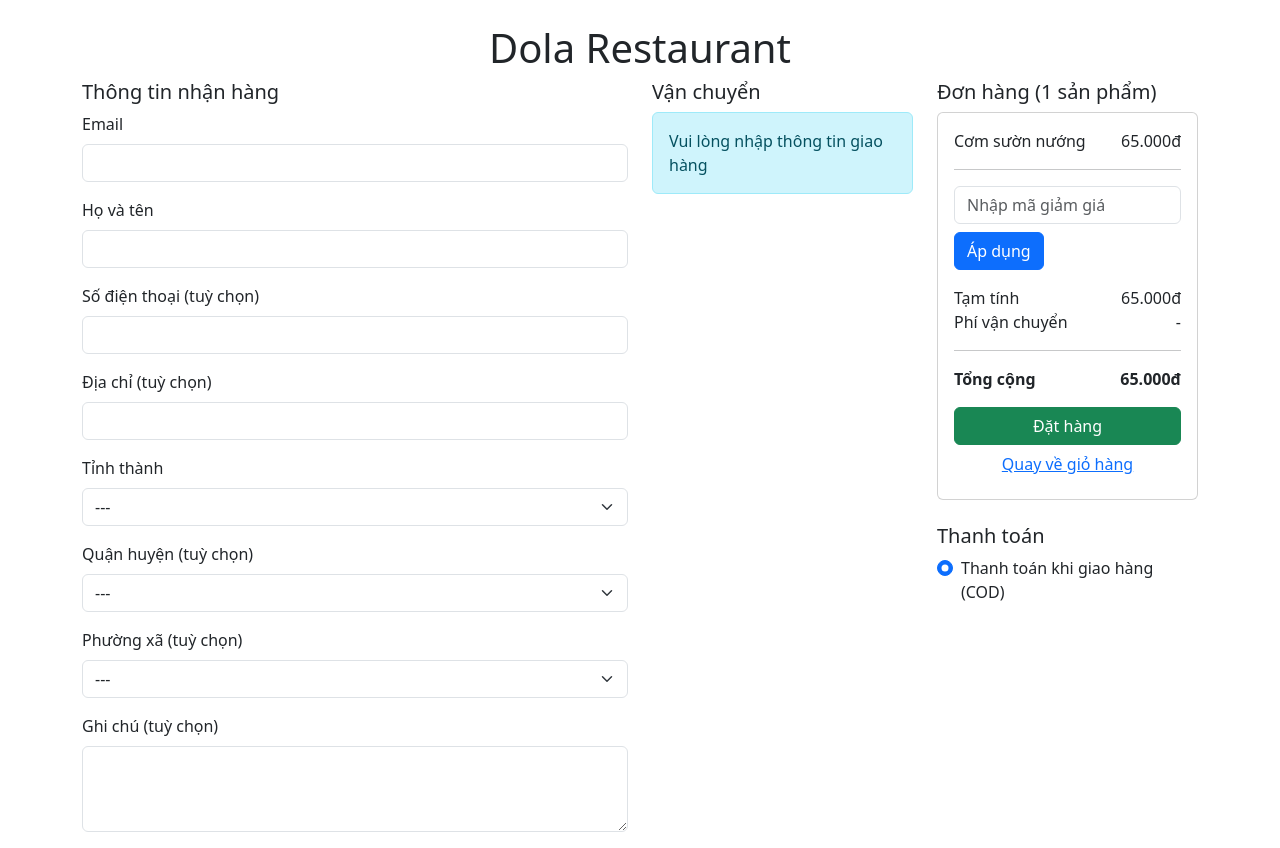
Repository: HoangKhangKhuPho4/Project_Web
Page: payment.html
An editor plug-in stored every save of this project. The page is shown before and after the next save, followed by the edit.
The browser window is 1280 px wide. The pictures show the whole page.

Above is the page before, as saved 2025-01-02 23:14:41.

### payment.html
<!DOCTYPE html>
<html lang="en">
<head>
    <meta charset="UTF-8">
    <meta name="viewport" content="width=device-width, initial-scale=1.0">
    <title>Dola Restaurant</title>
    <link href="https://cdn.jsdelivr.net/npm/bootstrap@5.3.0-alpha3/dist/css/bootstrap.min.css" rel="stylesheet">
</head>
<body>
    <div class="container mt-4">
        <h1 class="text-center">Dola Restaurant</h1>
        <div class="row">
            <!-- Form Section -->
            <div class="col-lg-6">
                <h5>Thông tin nhận hàng</h5>
                <form>
                    <div class="mb-3">
                        <label for="email" class="form-label">Email</label>
                        <input type="email" class="form-control" id="email" placeholder="">
                    </div>
                    <div class="mb-3">
                        <label for="fullname" class="form-label">Họ và tên</label>
                        <input type="text" class="form-control" id="fullname" placeholder="">
                    </div>
                    <div class="mb-3">
                        <label for="phone" class="form-label">Số điện thoại (tuỳ chọn)</label>
                        <input type="text" class="form-control" id="phone" placeholder="">
                    </div>
                    <div class="mb-3">
                        <label for="address" class="form-label">Địa chỉ (tuỳ chọn)</label>
                        <input type="text" class="form-control" id="address" placeholder="">
                    </div>
                    <div class="mb-3">
                        <label for="province" class="form-label">Tỉnh thành</label>
                        <select class="form-select" id="province">
                            <option selected>---</option>
                            <option value="1">Hà Nội</option>
                            <option value="2">TP Hồ Chí Minh</option>
                            <!-- Add more options as needed -->
                        </select>
                    </div>
                    <div class="mb-3">
                        <label for="district" class="form-label">Quận huyện (tuỳ chọn)</label>
                        <select class="form-select" id="district">
                            <option selected>---</option>
                            <!-- Add options dynamically if needed -->
                        </select>
                    </div>
                    <div class="mb-3">
                        <label for="ward" class="form-label">Phường xã (tuỳ chọn)</label>
                        <select class="form-select" id="ward">
                            <option selected>---</option>
                            <!-- Add options dynamically if needed -->
                        </select>
                    </div>
                    <div class="mb-3">
                        <label for="notes" class="form-label">Ghi chú (tuỳ chọn)</label>
                        <textarea class="form-control" id="notes" rows="3"></textarea>
                    </div>
                </form>
            </div>

            <!-- Shipping Section -->
            <div class="col-lg-3">
                <h5>Vận chuyển</h5>
                <div class="alert alert-info" role="alert">
                    Vui lòng nhập thông tin giao hàng
                </div>
                <!-- Bạn có thể thêm các thông tin hoặc tùy chọn vận chuyển ở đây nếu cần -->
            </div>

            <!-- Order Section -->
            <div class="col-lg-3">
                <h5>Đơn hàng (1 sản phẩm)</h5>
                <div class="card">
                    <div class="card-body">
                        <div class="d-flex justify-content-between">
                            <span>Cơm sườn nướng</span>
                            <span>65.000đ</span>
                        </div>
                        <hr>
                        <div class="mb-3">
                            <input type="text" class="form-control" placeholder="Nhập mã giảm giá">
                            <button class="btn btn-primary mt-2">Áp dụng</button>
                        </div>
                        <div class="d-flex justify-content-between">
                            <span>Tạm tính</span>
                            <span>65.000đ</span>
                        </div>
                        <div class="d-flex justify-content-between">
                            <span>Phí vận chuyển</span>
                            <span>-</span>
                        </div>
                        <hr>
                        <div class="d-flex justify-content-between fw-bold">
                            <span>Tổng cộng</span>
                            <span>65.000đ</span>
                        </div>
                        <button class="btn btn-success w-100 mt-3">Đặt hàng</button>
                        <a href="#" class="btn btn-link w-100">Quay về giỏ hàng</a>
                    </div>
                </div>

                <!-- Payment Section -->
                <div class="mt-4">
                    <h5>Thanh toán</h5>
                    <div class="form-check">
                        <input class="form-check-input" type="radio" name="paymentMethod" id="cod" checked>
                        <label class="form-check-label" for="cod">
                            Thanh toán khi giao hàng (COD)
                        </label>
                    </div>
                </div>
            </div>
        </div>
    </div>

    <script src="https://cdn.jsdelivr.net/npm/bootstrap@5.3.0-alpha3/dist/js/bootstrap.bundle.min.js"></script>
</body>
</html>

After the next save:
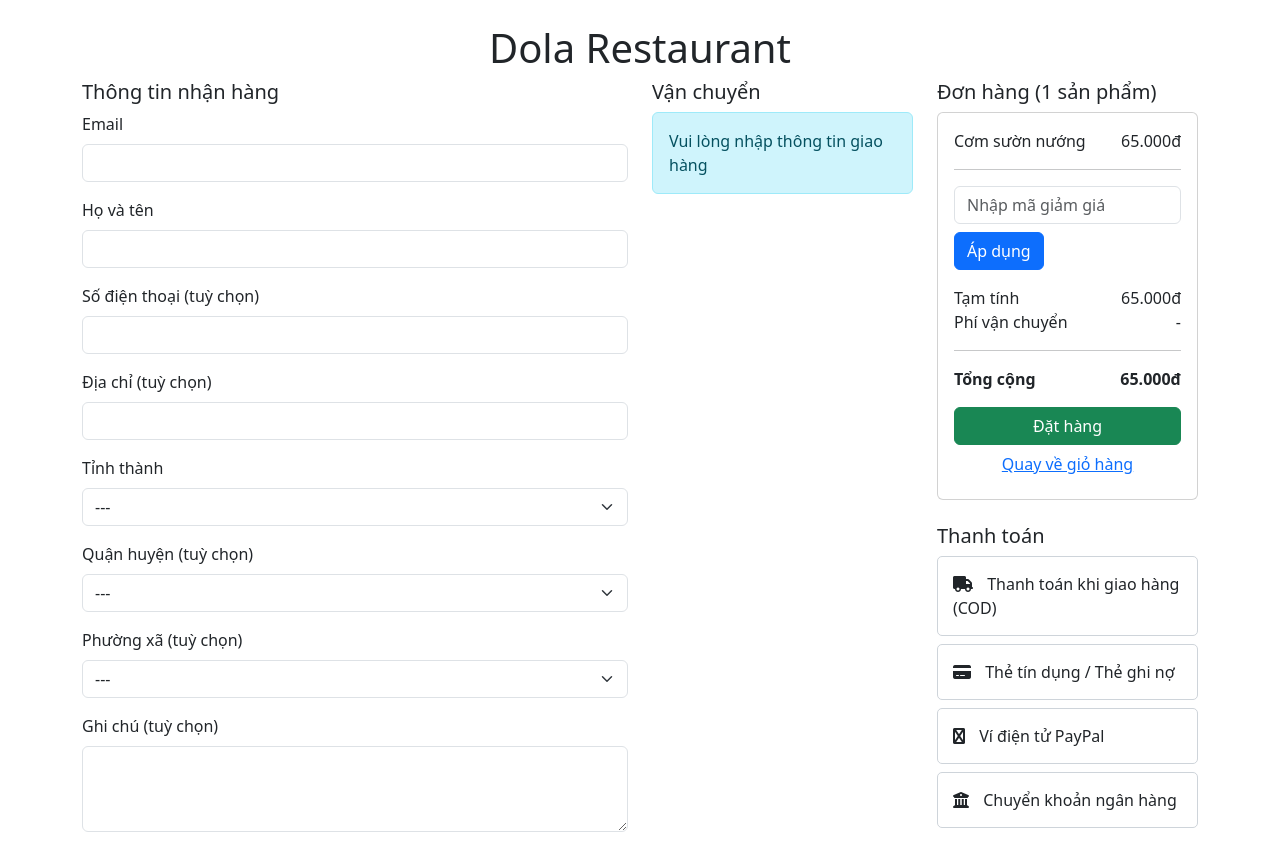
Saved 3 min 12 s later.
--- a/payment.html
+++ b/payment.html
@@ -5,6 +5,34 @@
     <meta name="viewport" content="width=device-width, initial-scale=1.0">
     <title>Dola Restaurant</title>
     <link href="https://cdn.jsdelivr.net/npm/bootstrap@5.3.0-alpha3/dist/css/bootstrap.min.css" rel="stylesheet">
+    <!-- Font Awesome for icons -->
+    <link href="https://cdnjs.cloudflare.com/ajax/libs/font-awesome/6.4.0/css/all.min.css" rel="stylesheet">
+    <style>
+        /* Custom styles for payment methods */
+        .payment-method {
+            border: 1px solid #ced4da;
+            border-radius: 5px;
+            padding: 15px;
+            margin-bottom: 10px;
+            cursor: pointer;
+            transition: border-color 0.3s, box-shadow 0.3s;
+        }
+        .payment-method:hover {
+            border-color: #80bdff;
+            box-shadow: 0 0 10px rgba(0,123,255,0.25);
+        }
+        .payment-method input {
+            display: none;
+        }
+        .payment-method.selected {
+            border-color: #0d6efd;
+            background-color: #e7f1ff;
+            box-shadow: 0 0 10px rgba(13, 110, 253, 0.25);
+        }
+        .payment-method .fa {
+            margin-right: 10px;
+        }
+    </style>
 </head>
 <body>
     <div class="container mt-4">
@@ -104,10 +132,28 @@
                 <!-- Payment Section -->
                 <div class="mt-4">
                     <h5>Thanh toán</h5>
-                    <div class="form-check">
-                        <input class="form-check-input" type="radio" name="paymentMethod" id="cod" checked>
+                    <div class="payment-method form-check mb-2">
+                        <input class="form-check-input" type="radio" name="paymentMethod" id="cod" value="cod" checked>
                         <label class="form-check-label" for="cod">
-                            Thanh toán khi giao hàng (COD)
+                            <i class="fa fa-truck"></i> Thanh toán khi giao hàng (COD)
+                        </label>
+                    </div>
+                    <div class="payment-method form-check mb-2">
+                        <input class="form-check-input" type="radio" name="paymentMethod" id="credit-card" value="credit-card">
+                        <label class="form-check-label" for="credit-card">
+                            <i class="fa fa-credit-card"></i> Thẻ tín dụng / Thẻ ghi nợ
+                        </label>
+                    </div>
+                    <div class="payment-method form-check mb-2">
+                        <input class="form-check-input" type="radio" name="paymentMethod" id="paypal" value="paypal">
+                        <label class="form-check-label" for="paypal">
+                            <i class="fa fa-paypal"></i> Ví điện tử PayPal
+                        </label>
+                    </div>
+                    <div class="payment-method form-check mb-2">
+                        <input class="form-check-input" type="radio" name="paymentMethod" id="bank-transfer" value="bank-transfer">
+                        <label class="form-check-label" for="bank-transfer">
+                            <i class="fa fa-university"></i> Chuyển khoản ngân hàng
                         </label>
                     </div>
                 </div>
@@ -115,6 +161,19 @@
         </div>
     </div>
 
+    <!-- Bootstrap Bundle with Popper.js -->
     <script src="https://cdn.jsdelivr.net/npm/bootstrap@5.3.0-alpha3/dist/js/bootstrap.bundle.min.js"></script>
+    <!-- Optional: jQuery for handling selection (if needed) -->
+    <script src="https://code.jquery.com/jquery-3.6.0.min.js"></script>
+    <script>
+        // jQuery to handle the selection of payment methods
+        $(document).ready(function(){
+            $('.payment-method').on('click', function(){
+                $('.payment-method').removeClass('selected');
+                $(this).addClass('selected');
+                $(this).find('input').prop('checked', true);
+            });
+        });
+    </script>
 </body>
 </html>
